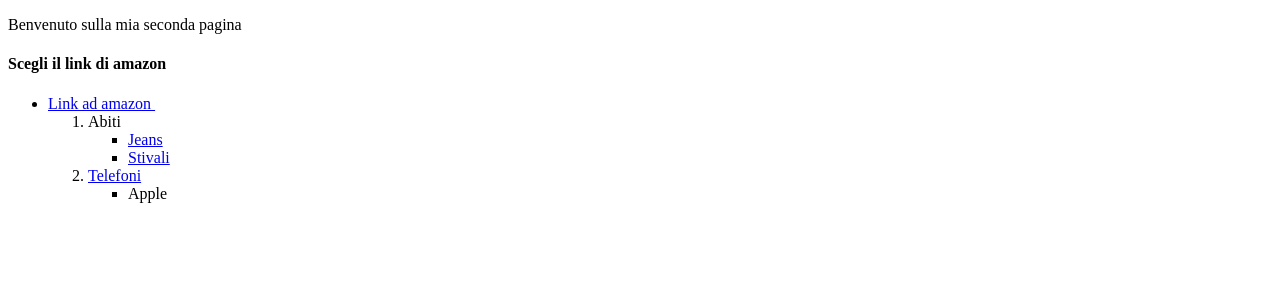
Repository: AndreaGuastaferro/Repository_Andrea_Guastaferro_Front
Page: cartella_html/NUOVO_HTML/Secondo_File.html
An editor plug-in stored every save of this project. The page is shown before and after the next save, followed by the edit.
The browser window is 1280 px wide. The pictures show the whole page.

Above is the page before, as saved 2018-10-22 09:09:53.

### cartella_html/NUOVO_HTML/Secondo_File.html
<!DOCTYPE html>
<html>
<head>
<meta charset="ISO-8859-1">
<title>Insert title here</title>
</head>
<body>
	<p> Benvenuto sulla mia seconda pagina </p>
	<h4>Scegli il link di amazon</h4>
		<ul>

			<li><a href= "https://www.amazon.it"> Link ad amazon <img src=""> </a> </li>
				<ol>
					<li><a href= " https://www.amazon.it/b/ref=nav__fashion_man?ie=UTF8&node=5515769031"></a>Abiti</li>
						<ul>
							<li> <a href="https://www.amazon.it/s/ref=s9_acss_bw_cg_ITMFMay2_3c1_w?__mk_it_IT=%C5M%C5Z%D5%D1&rh=i%3Aapparel%2Cn%3A2844433031%2Cn%3A%212844438031%2Cn%3A%212844440031%2Cn%3A15437070031%2Cp_76%3A490210031%2Cn%3A2892862031%2Cn%3A2892945031&bbn=15437070031&sort=date-desc-rank&ie=UTF8&pf_rd_m=A2VX19DFO3KCLO&pf_rd_s=merchandised-search-5&pf_rd_r=47Q5SCQ3NC4T83X6EN1V&pf_rd_t=101&pf_rd_p=2b56b692-4bdb-4382-b36f-c06c7c0ce0d7&pf_rd_i=5515769031"></</a>Jeans</li>
							<li> <a href=" https://www.amazon.it/s/ref=s9_acss_bw_cg_ITMFMay2_3b1_w?__mk_it_IT=%C5M%C5Z%D5%D1&rh=i%3Ashoes%2Cn%3A524006031%2Cn%3A%21696352031%2Cn%3A%21696595031%2Cn%3A15437073031%2Cp_76%3A490210031%2Cn%3A700578031%2Cn%3A700703031%2Cn%3A700751031&bbn=15437073031&sort=date-desc-rank&ie=UTF8&pf_rd_m=A2VX19DFO3KCLO&pf_rd_s=merchandised-search-5&pf_rd_r=47Q5SCQ3NC4T83X6EN1V&pf_rd_t=101&pf_rd_p=2b56b692-4bdb-4382-b36f-c06c7c0ce0d7&pf_rd_i=5515769031">Stivali</a></li>
						</ul>
					<li><a href= " https://www.amazon.it/telefonia-mobile/b/ref=sd_allcat_tele?ie=UTF8&node=435507031"></</a>Telefoni</li>
						<ul>
							<li> <a href=" https://www.amazon.it/s/ref=lp_435507031_nr_p_89_3?fst=as%3Aoff&rh=n%3A412609031%2Cn%3A%21435499031%2Cn%3A%21435501031%2Cn%3A435507031%2Cp_89%3AApple&bbn=435507031&ie=UTF8&qid=1540199277&rnid=1688663031"></a>Apple</li>

						</ul>
				</ul>








<!--

	<li><a href="https://www.google.it"> Link a google <img src=""></a> </li>

		<h4>Scegli un link alternativo tra i seguenti</h4>

			<ol>
				<li> <a href="https://www.fantagazzetta.com"> Link a fantagazzetta </a></li>

				<li> <a href="http://www.irpinianews.it"> Link a irpinianews </a></li>

			</ol>

		</ul> -->



</body>
</html>

After the next save:
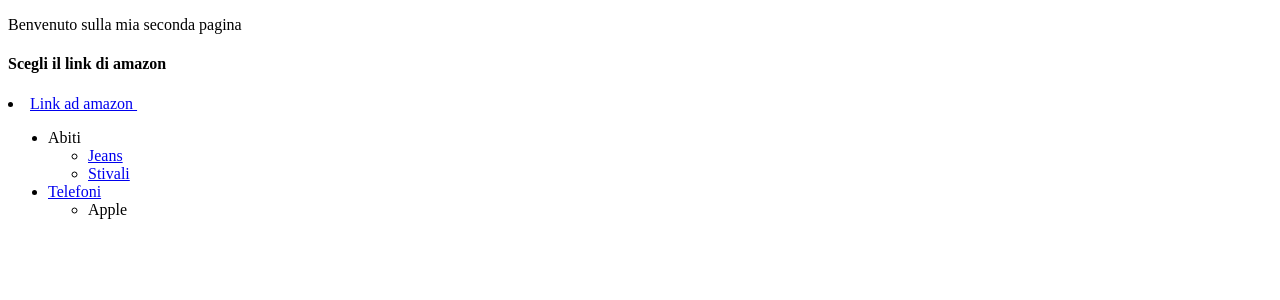
Saved 40 s later.
--- a/cartella_html/NUOVO_HTML/Secondo_File.html
+++ b/cartella_html/NUOVO_HTML/Secondo_File.html
@@ -7,10 +7,9 @@
 <body>
 	<p> Benvenuto sulla mia seconda pagina </p>
 	<h4>Scegli il link di amazon</h4>
-		<ul>
 
 			<li><a href= "https://www.amazon.it"> Link ad amazon <img src=""> </a> </li>
-				<ol>
+				<ul>
 					<li><a href= " https://www.amazon.it/b/ref=nav__fashion_man?ie=UTF8&node=5515769031"></a>Abiti</li>
 						<ul>
 							<li> <a href="https://www.amazon.it/s/ref=s9_acss_bw_cg_ITMFMay2_3c1_w?__mk_it_IT=%C5M%C5Z%D5%D1&rh=i%3Aapparel%2Cn%3A2844433031%2Cn%3A%212844438031%2Cn%3A%212844440031%2Cn%3A15437070031%2Cp_76%3A490210031%2Cn%3A2892862031%2Cn%3A2892945031&bbn=15437070031&sort=date-desc-rank&ie=UTF8&pf_rd_m=A2VX19DFO3KCLO&pf_rd_s=merchandised-search-5&pf_rd_r=47Q5SCQ3NC4T83X6EN1V&pf_rd_t=101&pf_rd_p=2b56b692-4bdb-4382-b36f-c06c7c0ce0d7&pf_rd_i=5515769031"></</a>Jeans</li>
